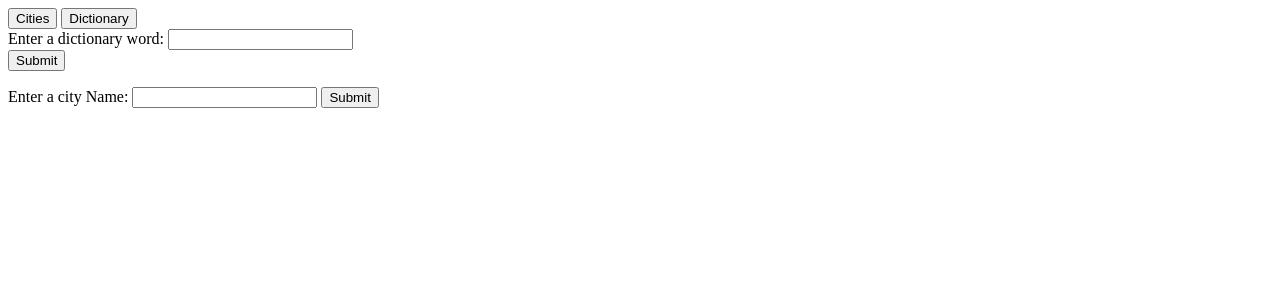
Repository: joshclement0/allHtml
Page: httpsnode/owl/public/owl.html
The author's editor kept a record of every edit. The page is drawn from the files as they stood at one moment, then again after the next edit.
The browser window is 1280 px wide. The pictures show the whole page.
Some web libraries are served in a nearby version.

Above is the page before.

After the next edit:
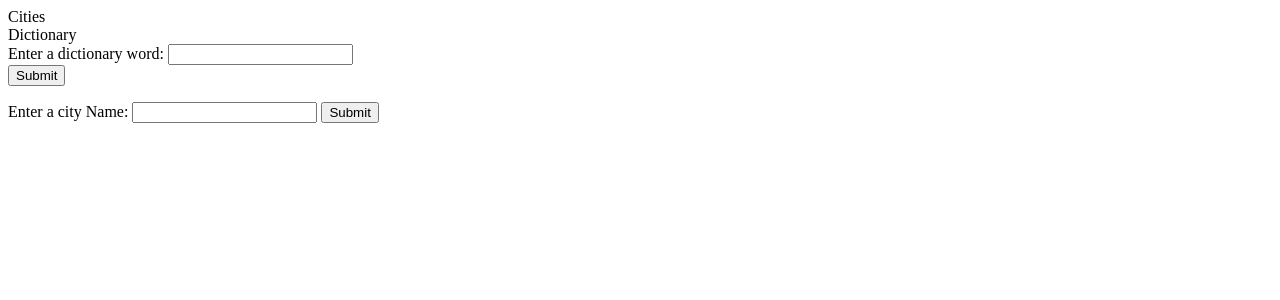
The edit:
--- a/httpsnode/owl/public/owl.html
+++ b/httpsnode/owl/public/owl.html
@@ -7,8 +7,8 @@
 
 <body>
     <div class="TopMenuBar">
-        <button class="cityButton" type="submit">Cities</button>
-        <button class="dictionaryButton" type="submit">Dictionary</button>
+        <div id="city">Cities</div>
+        <div id="dictionary">Dictionary</div>
     </div>
     <main>
         <span id="beginning"></span>
